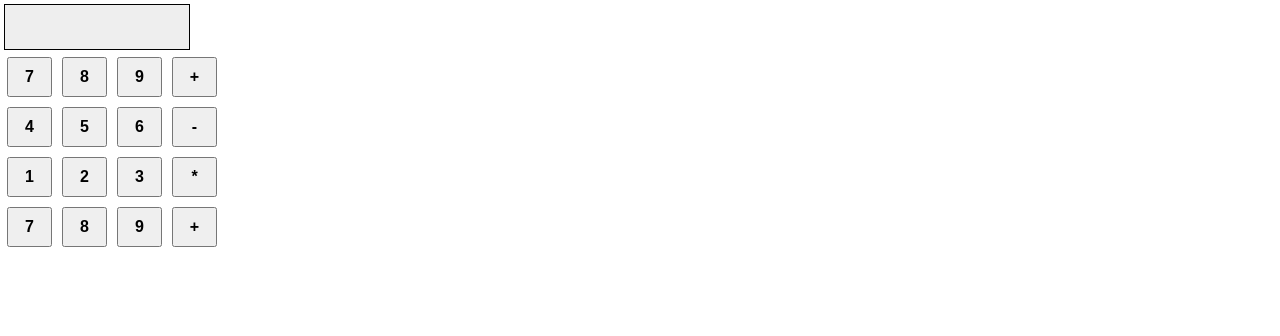
Repository: Kokoro-jp/calculatorApp
Page: index.html
The author's editor kept a record of every edit. The page is drawn from the files as they stood at one moment, then again after the next edit.
The browser window is 1280 px wide. The pictures show the whole page.

Above is the page before.

After the next edit:
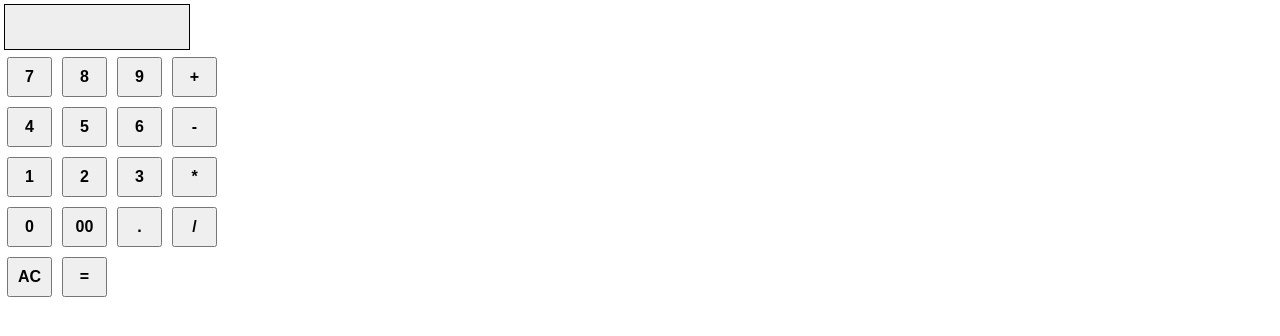
The edit:
--- a/index.html
+++ b/index.html
@@ -34,10 +34,15 @@
           </tr>
 
           <tr>
-            <td><button onclick="clickbutton(this)">7</button></td>
-            <td><button onclick="clickbutton(this)">8</button></td>
-            <td><button onclick="clickbutton(this)">9</button></td>
-            <td><button onclick="edit(this)">+</button></td>
+            <td><button onclick="clickbutton(this)">0</button></td>
+            <td><button onclick="clickbutton(this)">00</button></td>
+            <td><button onclick="clickbutton(this)">.</button></td>
+            <td><button onclick="edit(this)">/</button></td>
+          </tr>
+
+          <tr>
+            <td><button class="reset" onclick="reset(this)">AC</button></td>
+            <td><button class="equal" onclick="equal(this)">=</button></td>
           </tr>
 
         </table>
